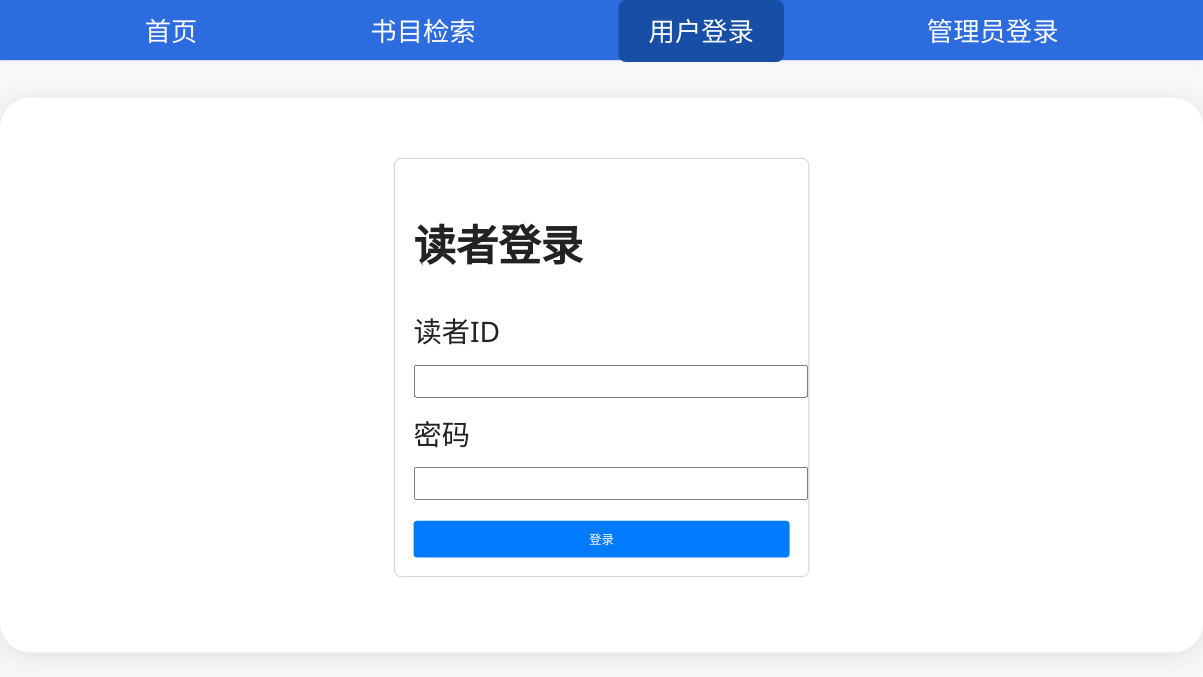
Repository: MercuryRandom/Library-Resource-Management-System
Page: /login (app in frontend/)
An editor plug-in stored every save of this project. The page is shown before and after the next save, followed by the edit.
The browser window is 1280 px wide. The pictures show the whole page, at 94% of full size.
The project was rebuilt for these pictures with package versions that can differ from the ones it lists, and the page was loaded fresh each time. Also part of the build but not shown: frontend/vite.config.js, frontend/src/pages/HomePage.jsx, frontend/src/pages/SearchPage.jsx, frontend/src/pages/AdminLoginPage.jsx, frontend/src/pages/AdminPage.jsx, frontend/src/pages/admin/ReaderManagementPage.jsx, frontend/src/pages/admin/BookManagementPage.jsx, frontend/src/pages/admin/BorrowManagementPage.jsx.

Above is the page before, as saved 2025-06-25 20:16:26.

After the next save:
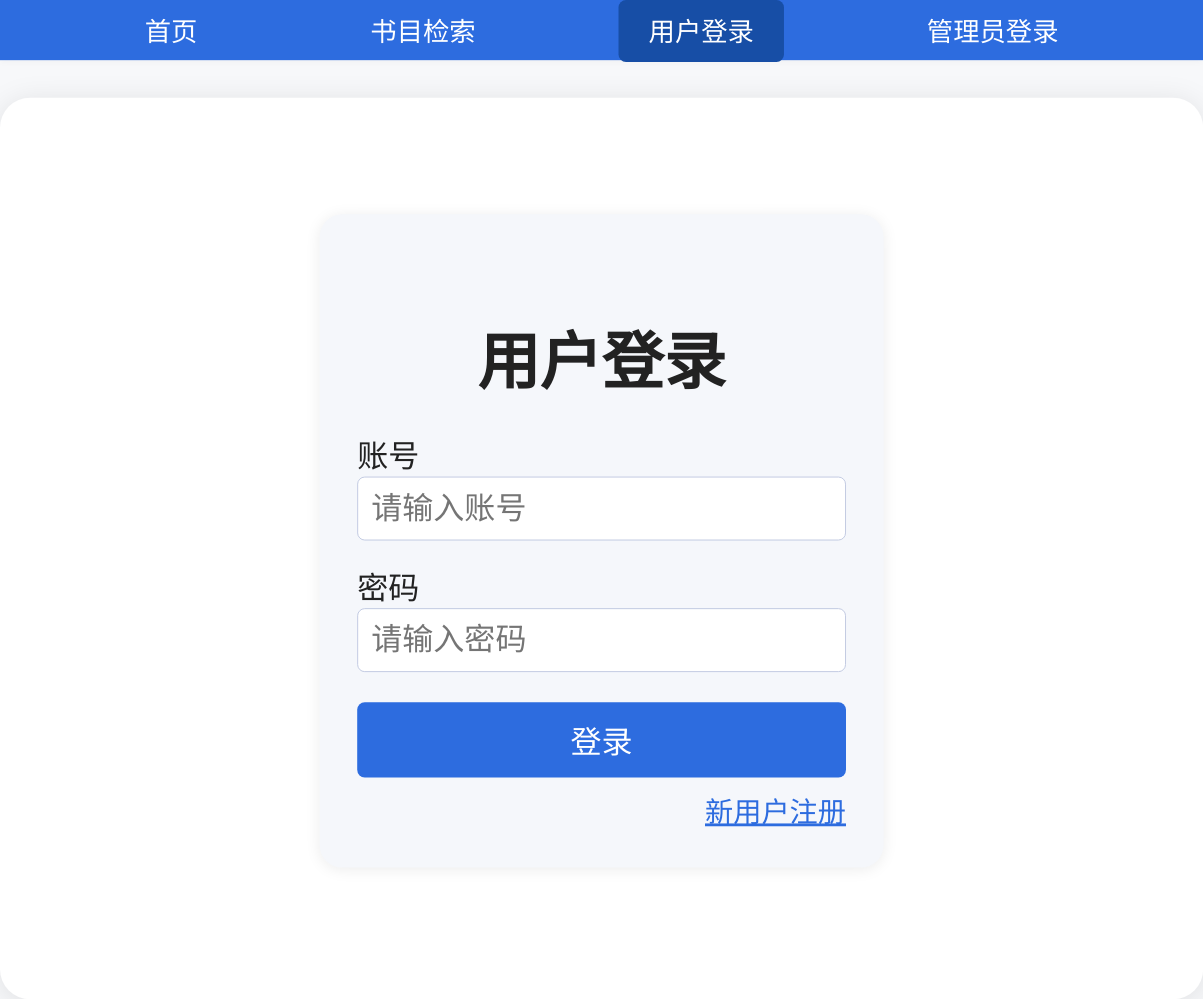
Saved 12 s later.
--- a/frontend/src/pages/LoginPage.jsx
+++ b/frontend/src/pages/LoginPage.jsx
@@ -1,48 +1,47 @@
 import React, { useState } from 'react';
+import { useNavigate } from 'react-router-dom';
 
 const LoginPage = () => {
   const [username, setUsername] = useState('');
   const [password, setPassword] = useState('');
+  const [error, setError] = useState('');
+  const navigate = useNavigate();
 
   const handleLogin = (e) => {
     e.preventDefault();
-    // 在这里处理登录逻辑
-    if (username && password) {
-      alert(`正在使用读者ID: ${username} 登录...`);
-      // 登录成功后会跳转到读者主页
+    if (username === 'root' && password === '123456') {
+      setError('');
+      alert('登录成功！');
+      navigate('/');
     } else {
-      alert('请输入读者ID和密码');
+      setError('密码错误，请联系管理员');
     }
   };
 
   return (
-    <div style={{ maxWidth: '400px', margin: 'auto', padding: '20px', border: '1px solid #ccc', borderRadius: '8px' }}>
-      <h2>读者登录</h2>
+    <div className="form-card">
+      <h2>用户登录</h2>
       <form onSubmit={handleLogin}>
-        <div style={{ marginBottom: '15px' }}>
-          <label htmlFor="username" style={{ display: 'block', marginBottom: '5px' }}>读者ID</label>
-          <input
-            type="text"
-            id="username"
-            value={username}
-            onChange={(e) => setUsername(e.target.value)}
-            style={{ width: '100%', padding: '8px' }}
-          />
-        </div>
-        <div style={{ marginBottom: '15px' }}>
-          <label htmlFor="password" style={{ display: 'block', marginBottom: '5px' }}>密码</label>
-          <input
-            type="password"
-            id="password"
-            value={password}
-            onChange={(e) => setPassword(e.target.value)}
-            style={{ width: '100%', padding: '8px' }}
-          />
-        </div>
-        <button type="submit" style={{ width: '100%', padding: '10px', backgroundColor: '#007bff', color: 'white', border: 'none', borderRadius: '4px' }}>
-          登录
-        </button>
+        <label htmlFor="username">账号</label>
+        <input
+          type="text"
+          id="username"
+          value={username}
+          onChange={(e) => setUsername(e.target.value)}
+          placeholder="请输入账号"
+        />
+        <label htmlFor="password">密码</label>
+        <input
+          type="password"
+          id="password"
+          value={password}
+          onChange={(e) => setPassword(e.target.value)}
+          placeholder="请输入密码"
+        />
+        {error && <div style={{ color: 'red', marginBottom: 12 }}>{error}</div>}
+        <button type="submit">登录</button>
       </form>
+      <span className="form-link" onClick={() => navigate('/register')}>新用户注册</span>
     </div>
   );
 };
